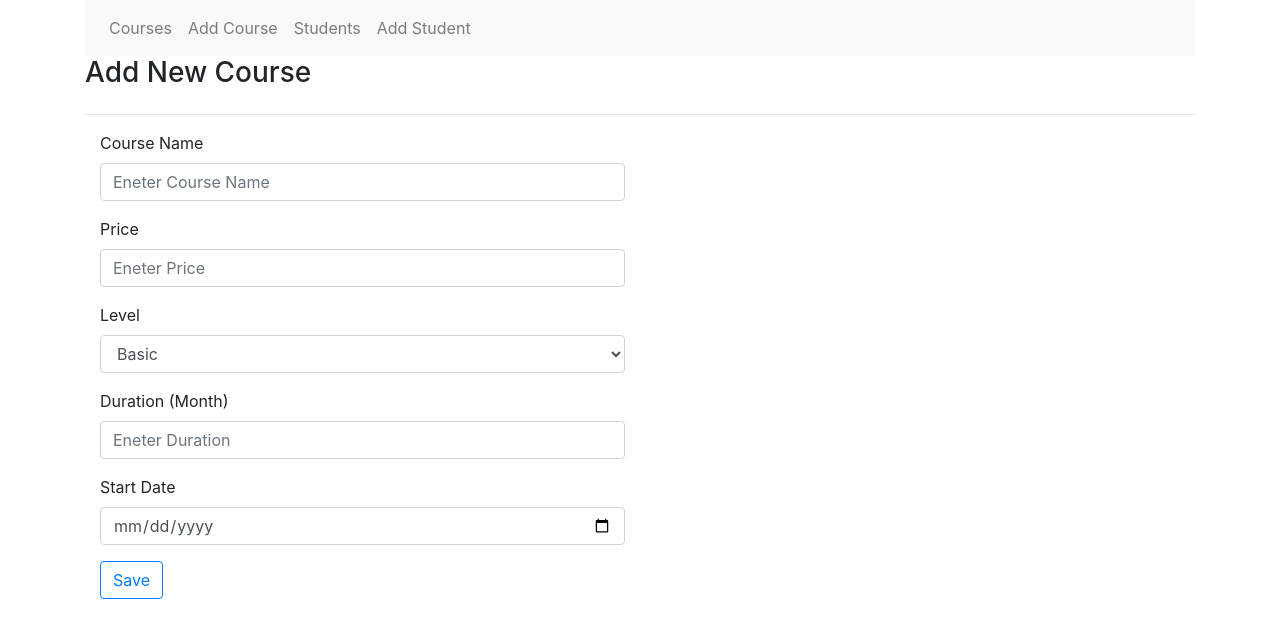
Repository: pyaephyotint22/Maven-Student-Course
Page: http://localhost/06-EL-JSTL/course-add.jsp
The author's editor kept a copy of each file at every save. The page is drawn from the files as they stood at one save, then again after the next save.
The browser window is 1280 px wide. The pictures show the whole page.
The page is served by Tomcat 9. Other server files are loaded and not shown.

Above is the page before, as saved 2020-12-20 09:43:02.

### 06-EL-JSTL/src/main/webapp/course-add.jsp
<%@ page language="java" contentType="text/html; charset=ISO-8859-1"
    pageEncoding="ISO-8859-1"%>
 <%@ taglib uri="http://java.sun.com/jsp/jstl/core" prefix="c" %>
<!DOCTYPE html>
<html>
<head>
<meta charset="ISO-8859-1">
<title>Add Course</title>
<link href="./common/css/bootstrap.min.css" rel="stylesheet" type="text/css"/>
</head>
<body>
	<div class="container">
		<jsp:include page="/common/menu.jsp"></jsp:include>
		<div class="row">
			<div class="col">
			<h3>Add New Course</h3>
			</div>
		</div>
		<div class="row">
			<div class="col">
				<hr/ >
				<form action="#" class="form col-6">
				<div class="form-group">
					<label>Course Name</label>
					<input type="text" name="coursename" required="required" placeholder="Eneter Course Name" class="form-control">
				</div>
				<div class="form-group">
					<label>Price</label>
					<input type="text" name="price" required="required" placeholder="Eneter Price" class="form-control">
				</div>
				<div class="form-group">
					<label for="level">Level</label>
					<select name="level" id="level" class="form-control">
						<option value="Basic">Basic</option>
						<option value="Intermediate">Intermediate</option>
						<option value="Advance">Advance</option>
					</select>
				</div>
				<div class="form-group">
					<label>Duration (Month)</label>
					<input type="number" name="duration" required="required" placeholder="Eneter Duration" class="form-control">
				</div>
				<div class="form-group">
					<label>Start Date</label>
					<input type="date" name="startdate" required="required"  class="form-control">
				</div>
				<button type="submit" class="btn btn-outline-primary">Save</button>
				</form>
			</div>
		</div>

</div>
</body>
</html>

### 06-EL-JSTL/src/main/webapp/common/menu.jsp
<%@ page language="java" contentType="text/html; charset=ISO-8859-1"
    pageEncoding="ISO-8859-1"%>
 <%@ taglib uri="http://java.sun.com/jsp/jstl/core"  prefix="c"%>

  <c:url value="/common/css/bootstrap.min.css" var="bsCSS"></c:url>
  <c:url value="/common/js/bootstrap.min.js" var="bsJS"></c:url>
   <c:url value="/common/js/jquery.min.js" var="jqJS"></c:url>


<link href="${bsCSS }" rel="stylesheet" type="text/css"/>
<script type="text/javascript" src="${jqJS }"></script>
<script type="text/javascript" src="${bsJS }"></script>
<nav class="navbar navbar-expand-lg navbar-light bg-light">
			  <ul class="navbar-nav">

			  <li class="nav-item">
                <a class="nav-link" href="<%= pageContext.getServletContext().getContextPath() %>">Courses</a>
             </li>
		        <li class="nav-item">
		        <c:url value="/course-add.jsp" var="courseAdd"></c:url>
		          <a class="nav-link" href="${courseAdd}">Add Course</a>
		        </li>
		        <li class="nav-item">
		        <c:url value="/students.jsp" var="student"></c:url>
                <a class="nav-link" href="${student }">Students</a>
             </li>
		        <li class="nav-item">
		        <c:url value="/student-add.jsp" var="studentAdd"></c:url>
		          <a class="nav-link" href="${studentAdd}">Add Student</a>
		        </li>
			  </ul>
		</nav>

Loaded but not shown: 06-EL-JSTL/src/main/webapp/common/css/bootstrap.min.css (library); 06-EL-JSTL/src/main/webapp/common/js/jquery.min.js (library); 06-EL-JSTL/src/main/webapp/common/js/bootstrap.min.js (library)

After the next save:
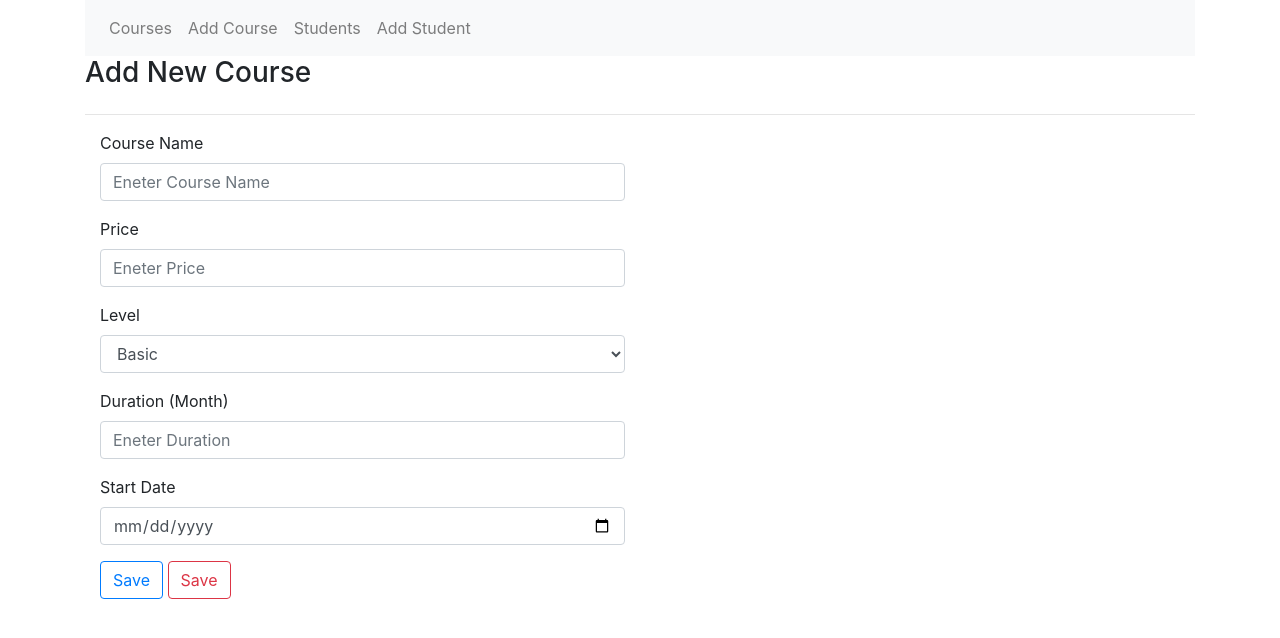
Saved 64 s later.
--- a/06-EL-JSTL/src/main/webapp/course-add.jsp
+++ b/06-EL-JSTL/src/main/webapp/course-add.jsp
@@ -45,6 +45,7 @@
 					<input type="date" name="startdate" required="required"  class="form-control">
 				</div>
 				<button type="submit" class="btn btn-outline-primary">Save</button>
+				<button type="reset" class="btn btn-outline-danger">Save</button>
 				</form>
 			</div>
 		</div>
